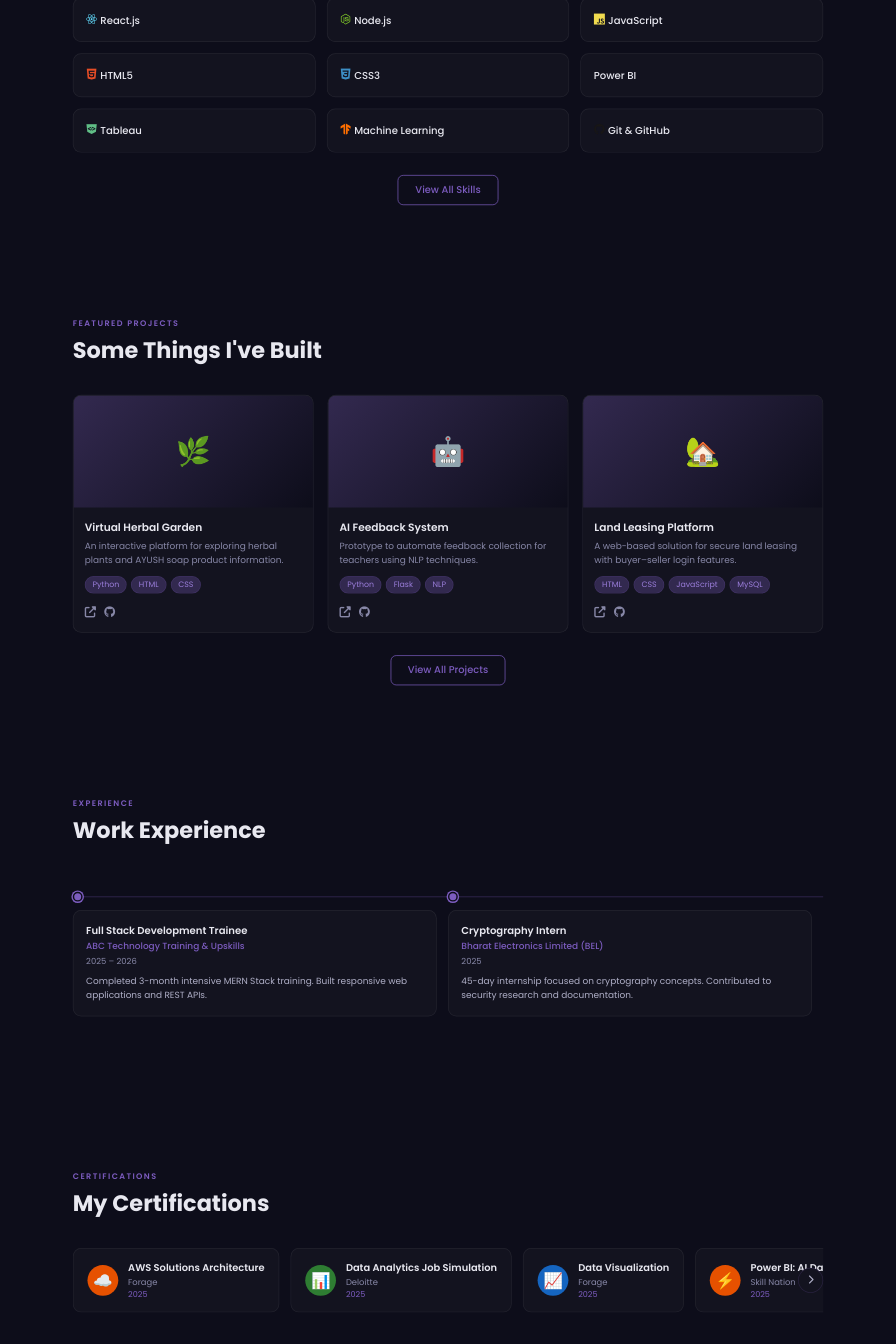
Repository: Rhaashee/Portfolio
Page: MyProfile-frontend/index.html
These files come from the project's save history. The page is drawn as it stood at one moment and after the next save; the edit follows.
The browser window is 1280 px wide. The pictures show the part of the page from y = 1570 to 3490 px (the page is 5020 px tall before and 4977 px after), at 70% of full size.

Above is the page before, as saved 2026-06-21 13:12:35.

After the next save:
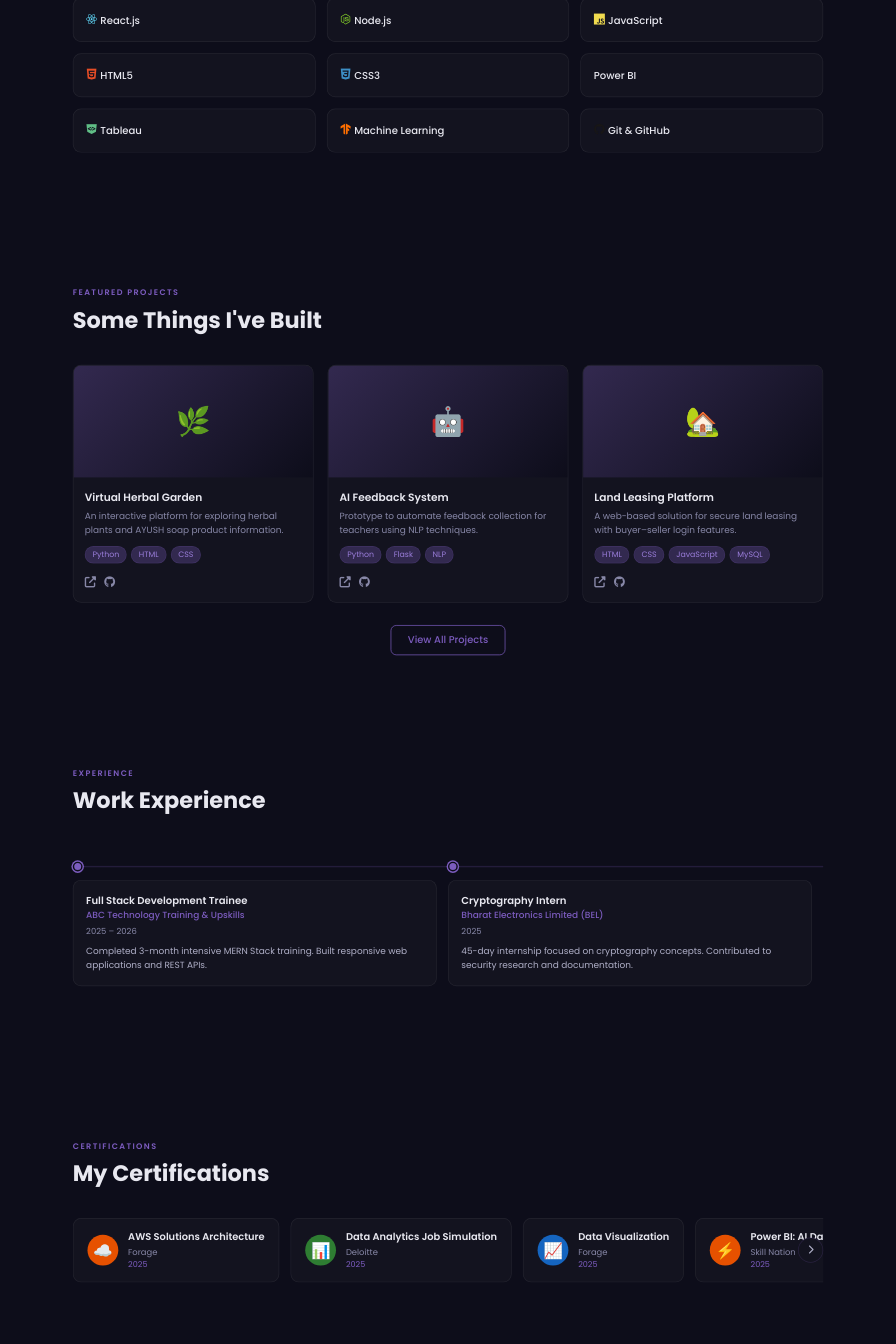
Saved 2 min 9 s later.
--- a/MyProfile-frontend/index.html
+++ b/MyProfile-frontend/index.html
@@ -157,9 +157,6 @@
 
   <div class="skills-grid" id="skills-grid"></div>
 
-  <div class="skills-btn-wrap">
-    <a href="#" class="btn-outline">View All Skills</a>
-  </div>
 </section>
 
 <!-- ===== 04 PROJECTS ===== -->
